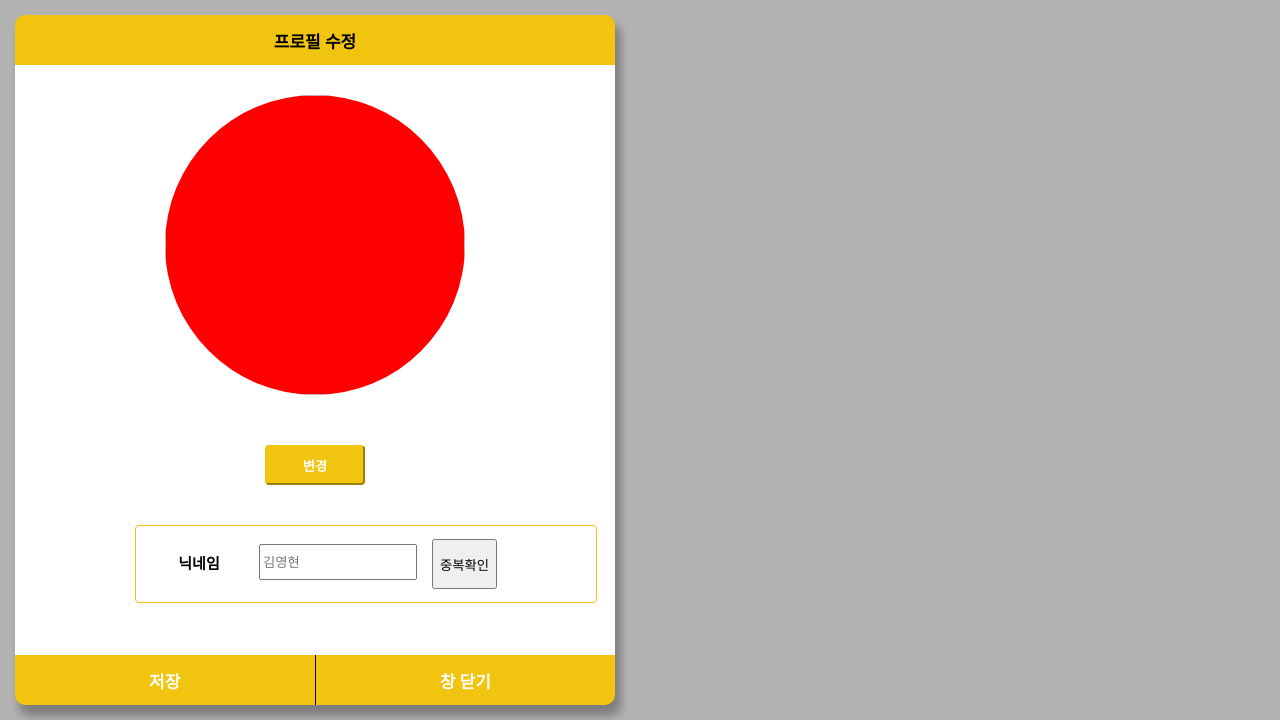
Repository: Corn-Market/Front-end
Page: http://localhost/CornMarket/resources/views/popup_profile_update.jsp
The author's editor kept a copy of each file at every save. The page is drawn from the files as they stood at one save, then again after the next save.
The browser window is 1280 px wide. The pictures show the whole page.
The page is served by Tomcat 9.

Above is the page before, as saved 2022-12-19 06:29:07.

After the next save:
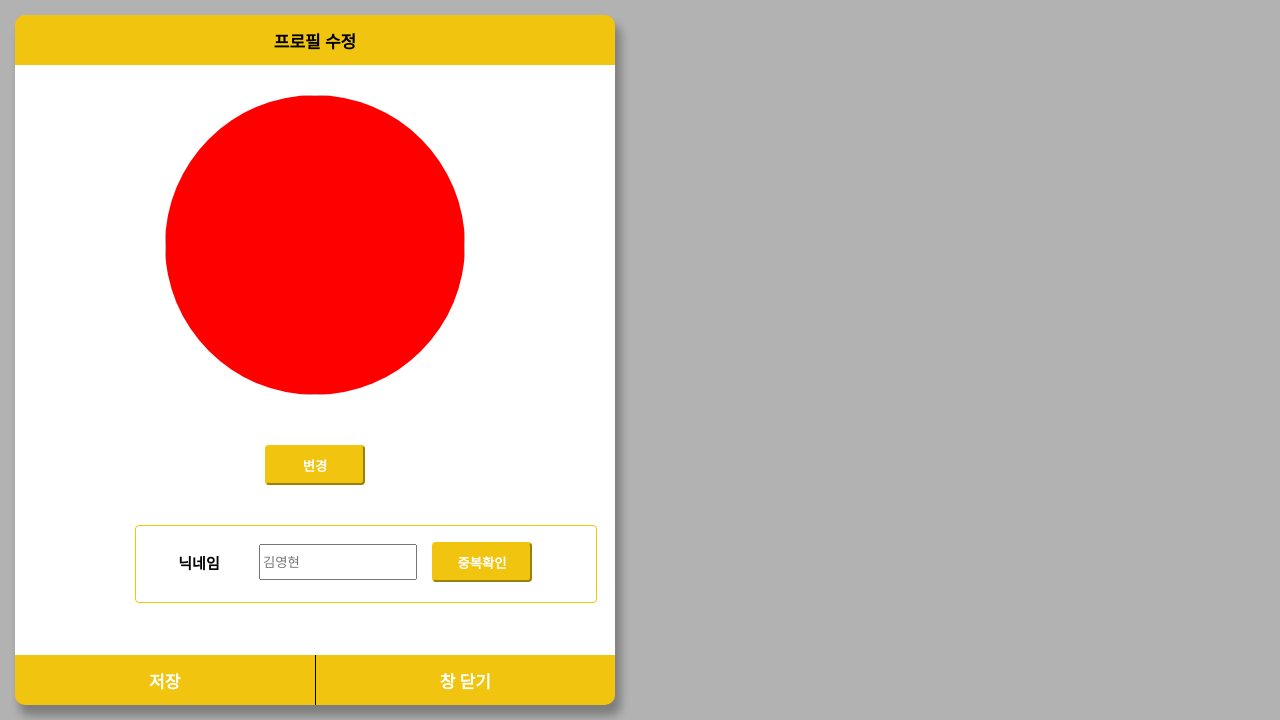
Saved 27 s later.
--- a/CornMarket/src/main/webapp/resources/css/popup_update.css
+++ b/CornMarket/src/main/webapp/resources/css/popup_update.css
@@ -103,6 +103,18 @@
     padding:8px;
 }
 
+.double_check{
+    width:100px;
+    height:40px;
+    margin-top: 3px;
+    border-radius: 4px;
+    border-color: rgb(241, 196, 15);
+    background-color: rgb(241, 196, 15);
+    color: rgb(255, 255, 255);
+    font-weight: bold;
+    display: block;
+}
+
   .popup-foot{
     width:100%;
     height:50px;
